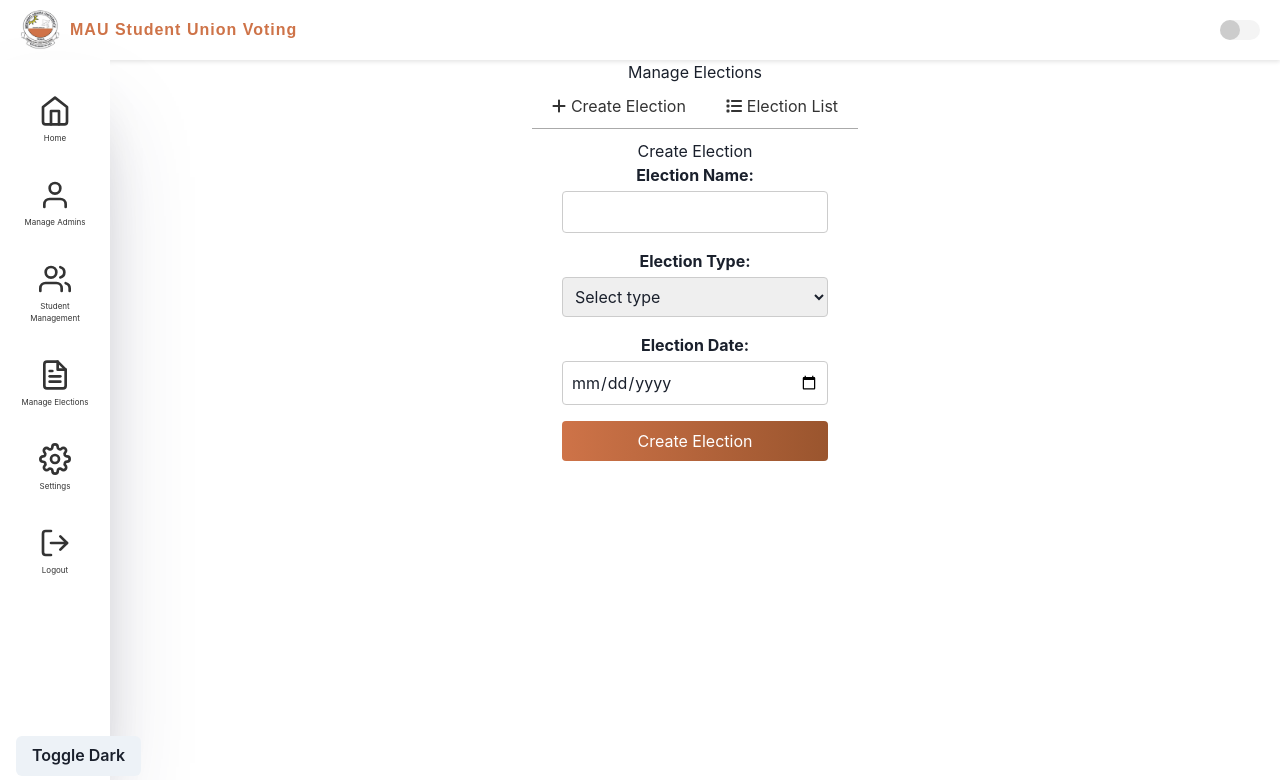
Repository: joena1o/e-vote
Page: /admin-dashboard/manage-elections
The author's editor kept a copy of each file at every save. The page is drawn from the files as they stood at one save, then again after the next save.
The browser window is 1280 px wide. The pictures show the whole page.
The project was rebuilt for these pictures with package versions that can differ from the ones it lists, and the page was loaded fresh each time. Also part of the build but not shown: src/components/EnhancedLogin.js, src/components/maincontent/RegisterStudents/ManageStudents.js, src/components/maincontent/RegisterStudents/RegisterStudents.js, src/components/maincontent/RegisterStudents/StudentManagement.js, src/components/maincontent/ElectionResults/ViewResults.js, src/components/maincontent/Settings/Settings.js, src/api/index.js, src/components/maincontent/home/Home.styles.js and 5 more.

Above is the page before, as saved 2023-10-19 17:59:43.

### src/App.js
import React from 'react';
import { BrowserRouter as Router, Routes, Route, Navigate } from 'react-router-dom';
import EnhancedLogin from './components/EnhancedLogin';
import AdminDashboard from './components/AdminDashboard';
import { ChakraProvider, ColorModeProvider, Button, useColorMode } from '@chakra-ui/react';
import { Provider } from 'react-redux';
import store from './Redux/store';

// Component to toggle dark mode
function DarkModeToggle() {
  const { colorMode, toggleColorMode } = useColorMode();
  return (
    <Button onClick={toggleColorMode} position="fixed" m={4} zIndex={10}>
      Toggle {colorMode === 'light' ? 'Dark' : 'Light'}
    </Button>
  );
}

function App() {
  // Check if the current route is not the "/login" route, then render the DarkModeToggle
  const isLoginPage = window.location.pathname === '/login';

  return (
    <Provider store={store}>
      <ChakraProvider>
        <ColorModeProvider options={{ useSystemColorMode: true }}>
          <Router>
            <Routes>
              {/* Define your routes */}
              <Route path="/login" element={<EnhancedLogin />} />
              <Route path="/admin-dashboard/*" element={<AdminDashboard />} />
              {/* Redirect root to /admin-dashboard */}
              <Route path="/" element={<Navigate to="/admin-dashboard" replace />} />
            </Routes>
          </Router>
          {/* Render DarkModeToggle only if not on the "/login" page */}
          {!isLoginPage && <DarkModeToggle />}
        </ColorModeProvider>
      </ChakraProvider>
    </Provider>
  );
}

export default App;

### src/components/AdminDashboard.js
// AdminDashboard.js
import React from 'react';
import { Routes, Route } from 'react-router-dom';
import StudentManagement from './maincontent/RegisterStudents/StudentManagement';
import ViewResults from './maincontent/ElectionResults/ViewResults';
import Settings from './maincontent/Settings/Settings';
import Home from './maincontent/home/Home';
import ManageAdmin from './maincontent/ManageAdmins/ManageAdmins';
import ManageElections from './maincontent/ManageElections/ManageElections';
import Sidebar from './Sidebar';
import Navbar from './Navbar';
import styled from 'styled-components';

const Container = styled.div`
  display: flex;
  flex-direction: column;
  /* Add the following line to ensure Container fills the screen height */
  height: 100vh;
  width: 100%; /* Use 100% to fill the entire width of the screen */
`;


const Content = styled.div`
  display: flex;
  /* Add the following line to ensure Content fills the remaining screen space */
  flex: 1;
`;

const AdminDashboard = () => {
  return (
    <Container>
      <Navbar />
      <Content>
        <Sidebar />
        <Routes>
          <Route index element={<Home />} />
          <Route path="student-management" element={<StudentManagement />} />
          <Route path="view-results" element={<ViewResults />} />
          <Route path="settings" element={<Settings />} />
          <Route path="manage-admin" element={<ManageAdmin />} />
          <Route path="manage-elections" element={<ManageElections />} />
        </Routes>
      </Content>
    </Container>
  );
};

export default AdminDashboard;

### src/Redux/store.js
import { configureStore } from '@reduxjs/toolkit';
import electionReducer from './electionSlice';
import studentsReducer from './studentsSlice'; // Assuming you have a studentsSlice

const store = configureStore({
  reducer: {
    elections: electionReducer,
    students: studentsReducer, // Add the students reducer here
  },
});

export default store;

### src/components/maincontent/ManageElections/ManageElections.js
import React, { useState } from 'react';
import { Tab, TabList, TabPanel, Tabs } from 'react-tabs';
import 'react-tabs/style/react-tabs.css'; // Import styles for react-tabs
import styled from 'styled-components';
import CreateElections from './CreateElection';
import ElectionList from './ElectionList';
import { FontAwesomeIcon } from '@fortawesome/react-fontawesome';
import { faPlus, faList } from '@fortawesome/free-solid-svg-icons'; // Import Font Awesome icons

const FullHeightContainer = styled.div`
  height: 100%;
  display: flex;
  flex-direction: column;
  justify-content: flex-start;
  align-items: center;
  width: 100%;
`;

const TabsContainer = styled.div`
  text-align: center;
  width: 100%;
  max-width: 1200px;
  flex: 1;
  display: flex;
  flex-direction: column;
  align-items: center;
`;

const StyledTab = styled(Tab)`
  padding: 10px 20px;
  color: #333;
  cursor: pointer;
  margin: 0;
  display: flex;
  align-items: center;
  justify-content: center;
  transition: background-color 0.2s ease-in-out;

  &:hover {
    background-color: #e0e0e0;
  }

  &.react-tabs__tab--selected {
    background-color: #fff;
    border: none; /* Remove the border */
    border-radius: 5px 5px 0 0;
  }
`;

const IconWrapper = styled.div`
  margin-right: 5px;
`;

const ManageElections = () => {
  const [activeTab, setActiveTab] = useState(0);

  const handleTabChange = (index) => {
    setActiveTab(index);
  };

  return (
    <FullHeightContainer>
      <h1>Manage Elections</h1>
      <TabsContainer>
        <Tabs selectedIndex={activeTab} onSelect={handleTabChange}>
          <TabList style={{ display: 'flex', justifyContent: 'center' }}>
            <StyledTab>
              <IconWrapper>
                <FontAwesomeIcon icon={faPlus} />
              </IconWrapper>
              Create Election
            </StyledTab>
            <StyledTab>
              <IconWrapper>
                <FontAwesomeIcon icon={faList} />
              </IconWrapper>
              Election List
            </StyledTab>
          </TabList>
        </Tabs>
        <Tabs selectedIndex={activeTab} onSelect={handleTabChange}>
          <TabPanel>
            <CreateElections />
          </TabPanel>
          <TabPanel>
            <ElectionList />
          </TabPanel>
        </Tabs>
      </TabsContainer>
    </FullHeightContainer>
  );
};

export default ManageElections;

### src/components/Sidebar.js
import React from 'react';
import styled from 'styled-components';
import { Link } from 'react-router-dom';
import { FiHome, FiUser, FiUsers, FiFileText, FiSettings, FiLogOut } from 'react-icons/fi';
import { useColorMode } from '@chakra-ui/react';

const SidebarContainer = styled.nav`
  background: ${props => (props.theme === 'dark' ? 'linear-gradient(to right, #ce7348, #9a552e)' : 'white')}; // Modified background color for dark mode
  padding: 15px;
  height: 100vh;
  color: ${props => (props.theme === 'dark' ? '#fff' : '#333')};
  box-shadow: rgba(50, 50, 93, 0.25) 0px 50px 100px -20px, rgba(0, 0, 0, 0.3) 0px 30px 60px -30px;
  display: flex;
  flex-direction: column;
`;

const LinkList = styled.ul`
  list-style-type: none;
  padding: 0;
  flex: 1;
`;

const StyledLink = styled(Link)`
  text-decoration: none;
  color: ${props => (props.theme === 'dark' ? '#fff' : '#333')};
  display: flex;
  flex-direction: column;
  align-items: center;
  transition: color 0.3s ease;
  margin-bottom: 15px;
  cursor: pointer;
  font-size: 0.5rem;

  @media (max-width: 768px) {
    font-size: 0.4rem;
  }

  @media (max-width: 480px) {
    font-size: 0.3rem;
  }

  &:hover {
    color: #ce7348;
  }

  width: 80px;
  text-align: center;
  word-wrap: break-word;
  overflow-wrap: break-word;
`;

const LinkItem = styled.li`
  display: flex;
  align-items: center;
  margin-top: 20px;
`;

const Icon = styled.div`
  font-size: 2rem;

  @media (max-width: 768px) {
    font-size: 0.9rem;
  }

  @media (max-width: 480px) {
    font-size: 0.8rem;
  }

  margin-bottom: 5px;
`;

function Sidebar() {
  const { colorMode } = useColorMode();

  return (
    <SidebarContainer theme={colorMode}>
      <LinkList>
        <LinkItem>
          <StyledLink to="/admin-dashboard" theme={colorMode}>
            <Icon><FiHome /></Icon>
            Home
          </StyledLink>
        </LinkItem>
        <LinkItem>
          <StyledLink to="/admin-dashboard/manage-admin" theme={colorMode}>
            <Icon><FiUser /></Icon>
            Manage Admins
          </StyledLink>
        </LinkItem>
        <LinkItem>
          <StyledLink to="/admin-dashboard/student-management" theme={colorMode}>
            <Icon><FiUsers /></Icon>
            Student Management
          </StyledLink>
        </LinkItem>
        <LinkItem>
          <StyledLink to="/admin-dashboard/manage-elections" theme={colorMode}>
            <Icon><FiFileText /></Icon>
            Manage Elections
          </StyledLink>
        </LinkItem>
        <LinkItem>
          <StyledLink to="/admin-dashboard/settings" theme={colorMode}>
            <Icon><FiSettings /></Icon>
            Settings
          </StyledLink>
        </LinkItem>
        <LinkItem>
          <StyledLink to="/logout" theme={colorMode}>
            <Icon><FiLogOut /></Icon>
            Logout
          </StyledLink>
        </LinkItem>
      </LinkList>
    </SidebarContainer>
  );
}

export default Sidebar;

### src/components/Navbar.js
import React from 'react';
import styled, { createGlobalStyle } from 'styled-components';
import logo from '../assets/school_logo.jpg';
import { useColorMode } from '@chakra-ui/react';

const GlobalStyle = createGlobalStyle`
  body {
    background-color: ${props => (props.theme === 'dark' ? '#333' : '#fff')}; // Changed back to #333 for dark mode
    color: ${props => (props.theme === 'dark' ? '#fff' : '#ce7348')};
  }
`;

const Header = styled.header`
  background: ${props => (props.theme === 'dark' ? '#333' : '#fff')}; // Navbar background is black in dark mode
  color: ${props => (props.theme === 'dark' ? '#fff' : '#ce7348')};
  padding: 10px 20px;
  display: flex;
  align-items: center;
  justify-content: flex-start;
  box-shadow: 0px 2px 4px rgba(0, 0, 0, 0.1);
  font-family: 'Poppins', sans-serif;
`;

const Logo = styled.img`
  width: 40px;
  height: 40px;
  border-radius: 20px;
  margin-right: 10px;
`;

const Title = styled.h1`
  margin: 0;
  padding: 0;
  font-size: 1rem;
  font-weight: 600;
  letter-spacing: 1px;
`;

const ToggleSlider = styled.label`
  display: flex;
  align-items: center;
  cursor: pointer;
  margin-left: auto;
`;

const SliderInput = styled.input.attrs({ type: 'checkbox' })`
  display: none;
`;

const Slider = styled.div`
  width: 40px;
  height: 20px;
  background-color: ${props => (props.theme === 'dark' ? '#333' : '#f4f4f4')}; // Changed the dark mode background color to black (#000) for the slider
  border-radius: 20px;
  position: relative;
  transition: background-color 0.3s ease;
  cursor: pointer;

  &::after {
    content: '';
    width: 20px;
    height: 20px;
    border-radius: 50%;
    background-color: ${props => (props.theme === 'dark' ? '#fff' : '#ccc')};
    position: absolute;
    top: 50%;
    transform: translateY(-50%);
    left: ${props => (props.theme === 'dark' ? '20px' : '0')};
    transition: left 0.3s ease;
  }
`;

function Navbar() {
  const { colorMode, toggleColorMode } = useColorMode();

  return (
    <>
      <GlobalStyle theme={colorMode} />
      <Header theme={colorMode}>
        <Logo src={logo} alt="University Logo" />
        <Title>MAU Student Union Voting</Title>
        <ToggleSlider>
          <SliderInput type="checkbox" onChange={toggleColorMode} />
          <Slider theme={colorMode} />
        </ToggleSlider>
      </Header>
    </>
  );
}

export default Navbar;

### src/Redux/electionSlice.js
/*import { createSlice, createAsyncThunk } from '@reduxjs/toolkit';
import { API, graphqlOperation } from 'aws-amplify';
import { createElection as createElectionAPI } from '../graphql/mutations';

export const createElection = createAsyncThunk(
  'elections/createElection',
  async (election, { rejectWithValue }) => {
    try {
      const result = await API.graphql(graphqlOperation(createElectionAPI, { input: election }));
      return result.data.createElection;
    } catch (error) {
      return rejectWithValue(error);
    }
  }
);

const electionSlice = createSlice({
  name: 'elections',
  initialState: [],
  reducers: {},
  extraReducers: (builder) => {
    builder.addCase(createElection.fulfilled, (state, action) => {
      state.push(action.payload);
    });
  },
});

export default electionSlice.reducer;
*/

### src/Redux/studentsSlice.js
import { createSlice } from '@reduxjs/toolkit';

export const studentsSlice = createSlice({
  name: 'students',
  initialState: [],
  reducers: {
    addStudents: (state, action) => {
      // Add students to the Redux store
      action.payload.forEach(student => {
        state.push(student);
      });
    },
  },
});

export const { addStudents } = studentsSlice.actions;

export default studentsSlice.reducer;

### src/components/maincontent/ManageElections/CreateElection.js
import React from 'react';
import { useFormik } from 'formik';
import * as Yup from 'yup';
import { useDispatch } from 'react-redux';
import { createElection } from '../../../Redux/electionSlice';
import { toast } from 'react-toastify';
import 'react-toastify/dist/ReactToastify.css';
import styled from 'styled-components';

const FormContainer = styled.div`
  width: 100%;
  max-width: 400px;
  margin: 0 auto;
`;

const Form = styled.form`
  display: flex;
  flex-direction: column;
  gap: 1rem;
`;

const FormField = styled.div`
  display: flex;
  flex-direction: column;
`;

const FormLabel = styled.label`
  font-weight: bold;
  margin-bottom: 0.25rem;
`;

const FormInput = styled.input`
  padding: 0.5rem;
  border: 1px solid #ccc;
  border-radius: 4px;
  font-size: 1rem;
`;

const FormSelect = styled.select`
  padding: 0.5rem;
  border: 1px solid #ccc;
  border-radius: 4px;
  font-size: 1rem;
`;

const FormError = styled.div`
  color: red;
  font-size: 0.875rem;
  margin-top: 0.25rem;
`;

const CreateButton = styled.button`
  padding: 0.5rem;
  background: linear-gradient(to right, #ce7348, #9a552e);
  border: none;
  border-radius: 4px;
  font-size: 1rem;
  color: white;
  cursor: pointer;
  transition: background 0.2s ease-in-out;

  &:hover {
    background: linear-gradient(to right, #9a552e, #ce7348);
  }
`;

const validationSchema = Yup.object({
  name: Yup.string().required('Election name is required'),
  type: Yup.string().oneOf(['general', 'faculty', 'department'], 'Invalid election type').required('Election type is required'),
  date: Yup.date().required('Election date is required').nullable(),
  faculty: Yup.string().when('type', {
    is: 'faculty',
    then: Yup.string().required('Faculty name is required for faculty elections'),
  }),
  department: Yup.string().when('type', {
    is: 'department',
    then: Yup.string().required('Department name is required for department elections'),
  }),
});

const CreateElection = () => {
  const dispatch = useDispatch();
  const formik = useFormik({
    initialValues: {
      name: '',
      type: '',
      date: null,
      faculty: '',
      department: '',
    },
    validationSchema,
    onSubmit: (values, { resetForm }) => {
      dispatch(createElection(values));
      toast.success('Election created successfully!');
      resetForm();
    },
  });

  return (
    <FormContainer>
      <h2>Create Election</h2>
      <Form onSubmit={formik.handleSubmit}>
        <FormField>
          <FormLabel htmlFor="name">Election Name:</FormLabel>
          <FormInput
            id="name"
            name="name"
            type="text"
            onChange={formik.handleChange}
            value={formik.values.name}
          />
          {formik.errors.name && <FormError>{formik.errors.name}</FormError>}
        </FormField>

        <FormField>
          <FormLabel htmlFor="type">Election Type:</FormLabel>
          <FormSelect
            id="type"
            name="type"
            onChange={formik.handleChange}
            value={formik.values.type}
          >
            <option value="" label="Select type" />
            <option value="general" label="General" />
            <option value="faculty" label="Faculty" />
            <option value="department" label="Department" />
          </FormSelect>
          {formik.errors.type && <FormError>{formik.errors.type}</FormError>}
        </FormField>

        <FormField>
          <FormLabel htmlFor="date">Election Date:</FormLabel>
          <FormInput
            id="date"
            name="date"
            type="date"
            onChange={formik.handleChange}
            value={formik.values.date || ''}
          />
          {formik.errors.date && <FormError>{formik.errors.date}</FormError>}
        </FormField>

        {formik.values.type === 'faculty' && (
          <FormField>
            <FormLabel htmlFor="faculty">Faculty Name:</FormLabel>
            <FormInput
              id="faculty"
              name="faculty"
              type="text"
              onChange={formik.handleChange}
              value={formik.values.faculty}
            />
            {formik.errors.faculty && <FormError>{formik.errors.faculty}</FormError>}
          </FormField>
        )}

        {formik.values.type === 'department' && (
          <FormField>
            <FormLabel htmlFor="department">Department Name:</FormLabel>
            <FormInput
              id="department"
              name="department"
              type="text"
              onChange={formik.handleChange}
              value={formik.values.department}
            />
            {formik.errors.department && <FormError>{formik.errors.department}</FormError>}
          </FormField>
        )}

        <CreateButton type="submit">Create Election</CreateButton>
      </Form>
    </FormContainer>
  );
};

export default CreateElection;

Loaded but not shown: public/index.html (common file); src/index.js (common file); src/index.css (common file); src/reportWebVitals.js (common file)

After the next save:
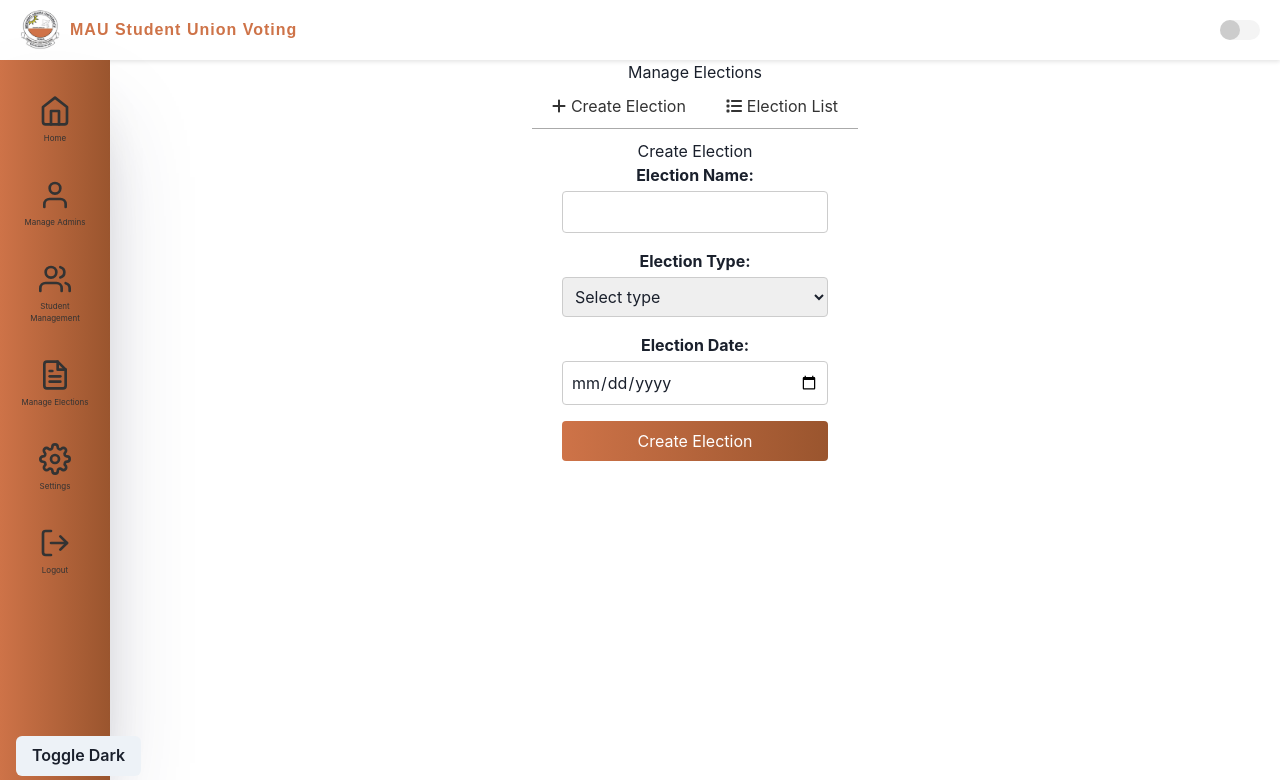
Saved 15 min 1 s later.
--- a/src/components/Sidebar.js
+++ b/src/components/Sidebar.js
@@ -5,7 +5,7 @@ import { FiHome, FiUser, FiUsers, FiFileText, FiSettings, FiLogOut } from 'react
 import { useColorMode } from '@chakra-ui/react';
 
 const SidebarContainer = styled.nav`
-  background: ${props => (props.theme === 'dark' ? 'linear-gradient(to right, #ce7348, #9a552e)' : 'white')}; // Modified background color for dark mode
+  background: ${props => (props.theme === 'dark' ? '#333' : 'linear-gradient(to right, #ce7348, #9a552e)')}; // Modified background color for light mode
   padding: 15px;
   height: 100vh;
   color: ${props => (props.theme === 'dark' ? '#fff' : '#333')};
